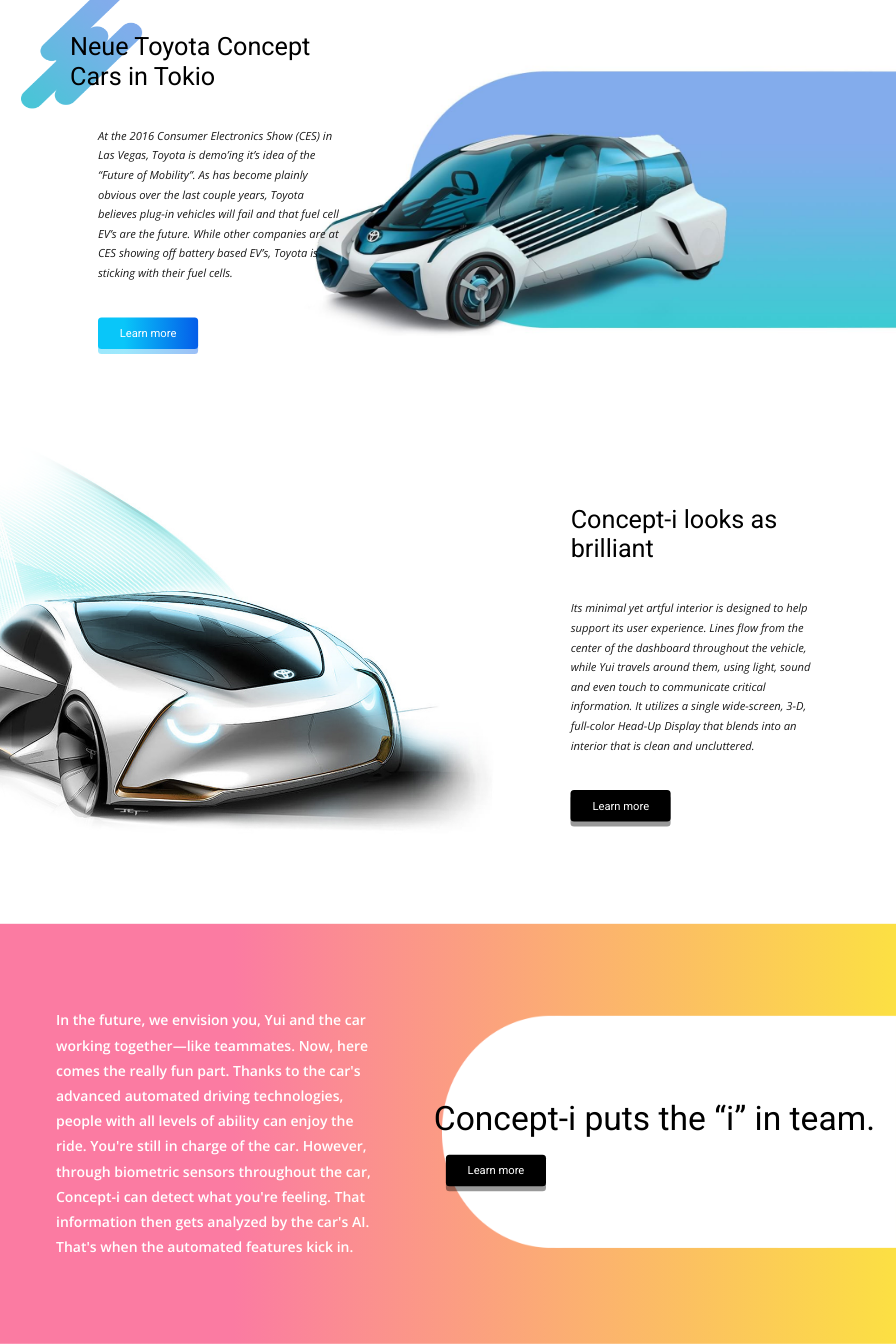
Repository: ThanhThn/Moto-Toyota
Page: index.html
An editor plug-in stored every save of this project. The page is shown before and after the next save, followed by the edit.
The browser window is 1280 px wide. The pictures show the part of the page from y = 2024 to 3944 px (the page is 3944 px tall), at 70% of full size.

Above is the page before, as saved 2022-07-07 13:29:22.

After the next save:
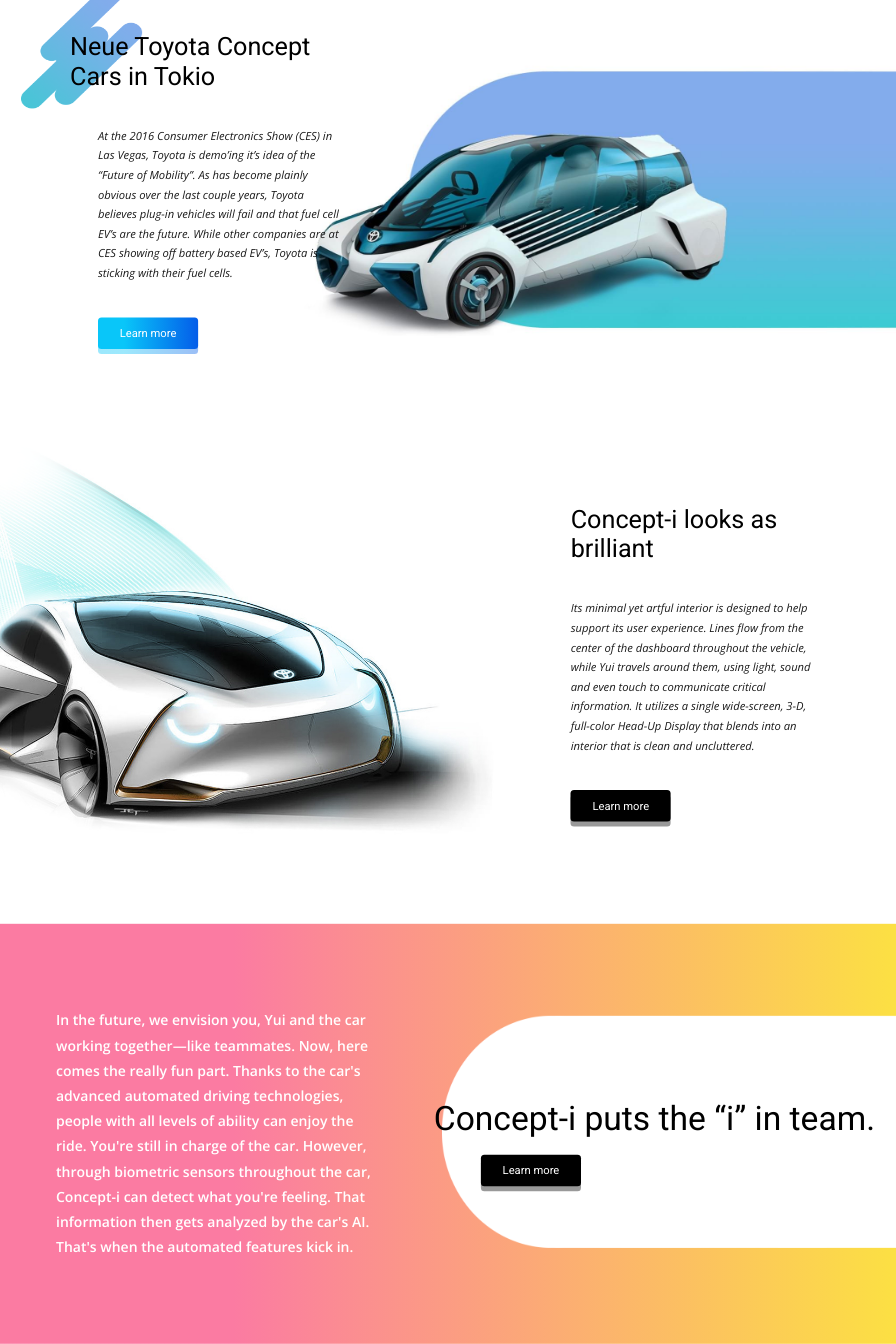
Saved 8 s later.
--- a/css/style.css
+++ b/css/style.css
@@ -296,5 +296,5 @@
 {
     position: absolute;
     top: 180px;
-    right: 500px;
-}
+    right: 450px;
+}
